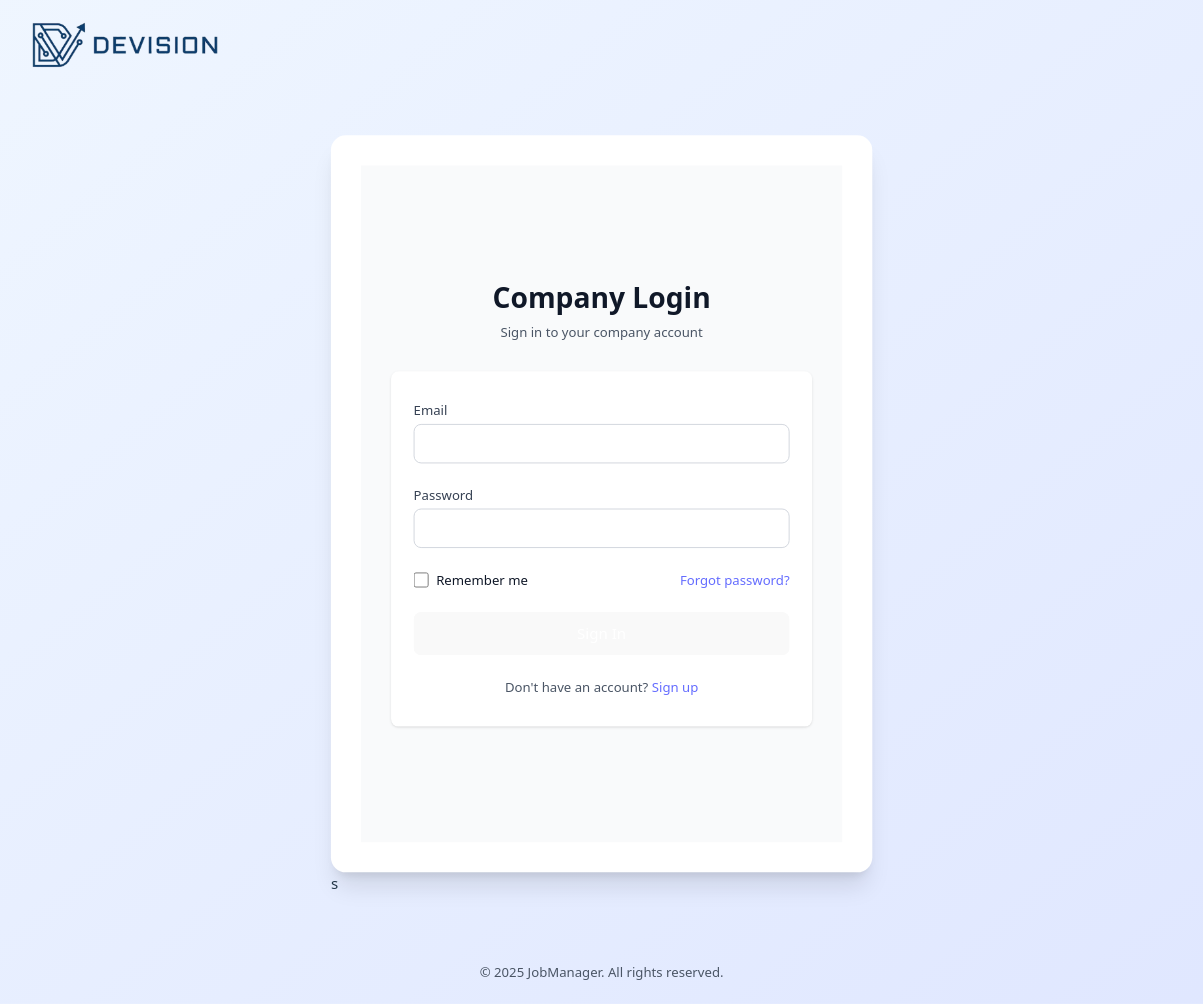
Repository: ISYS3461-2025C-Mulan-DEVision/JobManager_FE
Page: /login
An editor plug-in stored every save of this project. The page is shown before and after the next save, followed by the edit.
The browser window is 1280 px wide. The pictures show the whole page, at 94% of full size.
The project was rebuilt for these pictures with package versions that can differ from the ones it lists, and the page was loaded fresh each time. Also part of the build but not shown: vite.config.js, src/pages/Home.tsx, src/components/headless/Table/Table.tsx, src/components/headless/Modal/Modal.tsx, src/components/ui/Card/Card.tsx, src/components/ui/Spinner/Spinner.tsx, src/components/ui/Alert/Alert.tsx.

Above is the page before, as saved 2025-12-12 11:44:18.

After the next save:
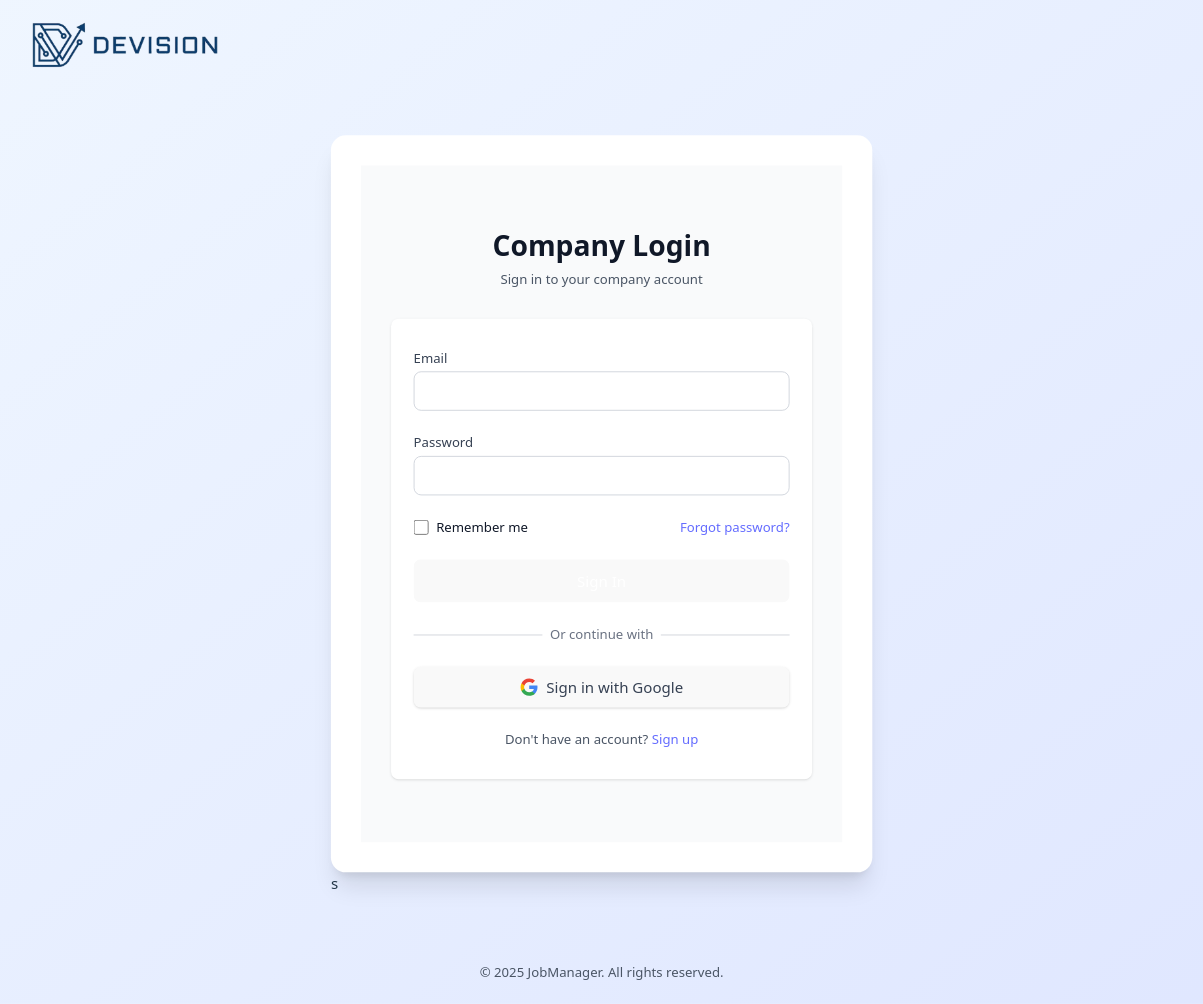
Saved 4 min 45 s later.
--- a/src/components/feature/Authentication/CompanyLogin/CompanyLoginForm.tsx
+++ b/src/components/feature/Authentication/CompanyLogin/CompanyLoginForm.tsx
@@ -109,6 +109,54 @@
                     </Button>
                 </form>
 
+                <div className="mt-6">
+                    <div className="relative">
+                        <div className="absolute inset-0 flex items-center">
+                            <div className="w-full border-t border-gray-300"></div>
+                        </div>
+                        <div className="relative flex justify-center text-sm">
+                            <span className="px-2 bg-white text-gray-500">
+                                Or continue with
+                            </span>
+                        </div>
+                    </div>
+
+                    <div className="mt-6">
+                        <button
+                            type="button"
+                            onClick={() => {
+                                // TODO: Implement Google OAuth flow
+                                window.location.href = `${import.meta.env.VITE_API_URL || ''}/auth/google`;
+                            }}
+                            className="w-full inline-flex justify-center items-center px-4 py-2 border border-gray-300 shadow-sm text-sm font-medium rounded-md text-gray-700 bg-white hover:bg-gray-50 focus:outline-none focus:ring-2 focus:ring-offset-2 focus:ring-blue-500 transition-colors"
+                        >
+                            <svg
+                                className="w-5 h-5 mr-2"
+                                viewBox="0 0 24 24"
+                                xmlns="http://www.w3.org/2000/svg"
+                            >
+                                <path
+                                    d="M22.56 12.25c0-.78-.07-1.53-.2-2.25H12v4.26h5.92c-.26 1.37-1.04 2.53-2.21 3.31v2.77h3.57c2.08-1.92 3.28-4.74 3.28-8.09z"
+                                    fill="#4285F4"
+                                />
+                                <path
+                                    d="M12 23c2.97 0 5.46-.98 7.28-2.66l-3.57-2.77c-.98.66-2.23 1.06-3.71 1.06-2.86 0-5.29-1.93-6.16-4.53H2.18v2.84C3.99 20.53 7.7 23 12 23z"
+                                    fill="#34A853"
+                                />
+                                <path
+                                    d="M5.84 14.09c-.22-.66-.35-1.36-.35-2.09s.13-1.43.35-2.09V7.07H2.18C1.43 8.55 1 10.22 1 12s.43 3.45 1.18 4.93l2.85-2.22.81-.62z"
+                                    fill="#FBBC05"
+                                />
+                                <path
+                                    d="M12 5.38c1.62 0 3.06.56 4.21 1.64l3.15-3.15C17.45 2.09 14.97 1 12 1 7.7 1 3.99 3.47 2.18 7.07l3.66 2.84c.87-2.6 3.3-4.53 6.16-4.53z"
+                                    fill="#EA4335"
+                                />
+                            </svg>
+                            Sign in with Google
+                        </button>
+                    </div>
+                </div>
+
                 <div className="mt-6 text-center">
                     <p className="text-sm text-gray-600">
                         Don't have an account?{" "}
